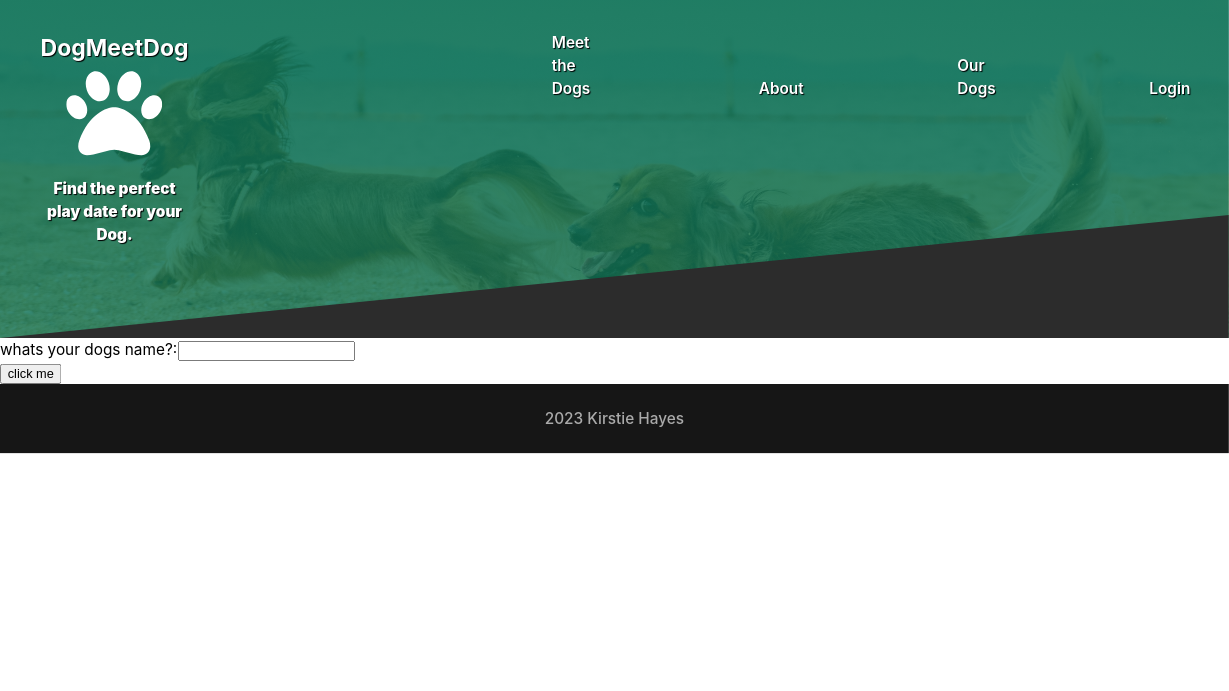
Repository: epixieme/dogmeetdog
Page: /questions (app in client/)
An editor plug-in stored every save of this project. The page is shown before and after the next save, followed by the edit.
The browser window is 1280 px wide. The pictures show the whole page, at 96% of full size.
Some web libraries are served in a nearby version. The project was rebuilt for these pictures with package versions that can differ from the ones it lists, and the page was loaded fresh each time. Also part of the build but not shown: client/vite.config.ts, client/src/components/Shared/Headers/Dashboard-Header/dashboardHeader.css, client/src/components/Shared/Headers/Dashboard-Header/DashboardHeader.tsx, client/src/components/Layouts/Login_Layout.tsx, client/src/pages/LoggedOut/Home.tsx, client/src/components/Shared/ErrorMessage/ErrorMessage.tsx, client/src/components/Shared/Loader/Loader.tsx, client/src/pages/LoggedOut/About/About.tsx and 10 more.

Above is the page before, as saved 2024-01-22 18:11:24.

### client/index.html
<!DOCTYPE html>
<html lang="en">
  <head>
    <meta charset="UTF-8" />
    <link rel="icon" type="image/svg+xml" href="/vite.svg" />
    <meta name="viewport" content="width=device-width, initial-scale=1.0" />
    <script src="https://kit.fontawesome.com/b189f585cc.js" crossorigin="anonymous"></script>
    <title>Vite + React</title>
  </head>
  <body>
    <div id="root"></div>
    <script type="module" src="src/main.tsx"></script>
  </body>
</html>

### client/src/main.tsx
import ReactDOM from "react-dom/client";
import App from "./App";
import "./index.css";
import { ApolloClient, InMemoryCache, gql, ApolloProvider,} from '@apollo/client'
import React from "react";

const client = new ApolloClient({
  uri: 'http://localhost:4000',
  cache: new InMemoryCache(),
})

ReactDOM.createRoot(document.getElementById("root") as Element).render(

<ApolloProvider client={client}>
    <App />
</ApolloProvider>

);

### client/src/App.tsx
import { RouterProvider } from "react-router-dom";
import router from "./routes/router";


function App() {
  return <RouterProvider router={router} />
}

export default App;

### client/src/index.css
:root {
  font-family: Inter, system-ui, Avenir, Helvetica, Arial, sans-serif;
  line-height: 1.5;
  font-weight: 400;
}

html {
  font-size: 100%;
}

body {
  margin: 0;
  padding: 0;
  box-sizing: border-box;
  min-height: 100vh;
  background:white
}

a {
  text-decoration: unset;
  color: unset;
}

body::-webkit-scrollbar {
  display: none;
}

body {
  -ms-overflow-style: none;
  scrollbar-width: none;
}

.invisible{
  visibility: hidden;
}

.visible{
  visibility: visible;
}
.hidden {
  display: none;
}

/*** loading spinner ***/


@keyframes grow {
  0%{
    transform: scale(1);
  }
  20%{
    transform: scale(1.3);
  }
  40%{
    transform: scale(1.5);
  }
  60%{
    transform: scale(1.4);
  }
  80%{
    transform: scale(1.3);
  }
  100%{
    transform: scale(1);
  }
}

@keyframes fade {
  0%{
    color:#868282
  }
  50%{
    color:white
  }
  100%{
    color:#868282
  }

}

.loader{
  width: 100vw;
  height: 50vh;
  display: flex;
  align-items: center;
  justify-content: center;
  gap:20px;
  color:white;
  background: #2C2C2C;

}

.loader h2{
  animation:fade 5s linear infinite;
}
.one,.two,.three{
  background: #868282;
  height:10px;
  width:10px;
  border-radius: 50%;
  animation:grow 3s linear infinite;

}

@keyframes spinner {
  0% {
    transform: rotate(0deg);
  }

  100% {
    transform: rotate(360deg);
  }
}

.loading-spinner {
  display: flex;
  align-items: center;
  justify-content: center;
  padding: 20px;
  width: 50px;
  height: 50px;
  border: 10px solid #293264;
  border-top: 10px solid #3b673a;
  border-radius: 50%;
  animation: spinner 5s linear infinite;
  color:white
}

.spinner-container {
  display: grid;
  justify-content: center;
  align-items: flex-start;
  height: 100vh;
  background: #2C2C2C;
}
/*** layout ***/

.layout-wrapper {
  min-height: 70vh;
  display: flex;
  flex-direction: column;

}

/*** navigation menu ***/

.nav-menu-container {
  display: flex;
  align-items: flex-start;
  padding: 2rem 2.5rem;
  background: #2C2C2C;
  height: 5vh;
  font-size: 1rem;
  gap: 1rem;
  color: white;
  position: relative;
  height: 40vh;
  background: linear-gradient(0deg, rgba(15,115,85,0.8), rgba(15,115,85,0.9)),
  url("./assets/images/nav-background-img.jpg") no-repeat center center;
  background-size: 100%;
  background-position: cover;


}


.nav-menu-container > svg {
  position: absolute;
  bottom: 0;
  left:0;
  width: 100%;
  height: 10vw;

  /* set height to pixels if you want angle to change with screen width */
}
.nav-menu-container .logo {
  color: white;
  font-weight: 900;
  font-size: 1rem;
  text-shadow:1px 1px 2px pink;
}

.nav-links-container {
  /* padding-top: 1rem; */

  display: flex;
  justify-content: flex-end;
  align-items: flex-end;
  gap: 2.5em;

}

.nav-links-container a {
  text-decoration: none;
  font-weight: 600;
  font-size: 10px;
  color:white;

}

.nav-links-container a:hover {
  color:white;
  text-decoration: underline;
}

/*** home page ***/

.home-container {

  color: white;

padding: 20px 10px;
  /* display: flex;
    justify-content: flex-start;
    flex-direction: column;
    align-items: center; */
    background-image: url(./assets/images/dogs-hero-image.png);
    background-repeat: no-repeat;
    background-size: auto auto;

    background-position: center center;
    background-color: #2C2C2C;
    height: 100vh;
    margin:0
  /* background-color: rgba(15,115,85,0.4); */

}


.home-container h1 {

  font-weight: 700;
  font-size: 2.25rem;
  line-height: 42px;
}

.home-container p {
  line-height: 24px;
}

.home-container .btnLink button{
  color:white;
  display: inline-block;
  text-align: center;
  background-color: #e71a88;
  border: 2px solid white;
  box-shadow:0 0 0 0px white, 0 0 0 2px #F26700;
  width: 100%;
  margin-top: 27px;
  padding-block: 0.75rem;
  padding-inline: 3rem;
  font-weight: 700;
  border-radius: 5px;
  cursor: pointer;
  transition: transform 0.1s ease-in-out;
  box-shadow: 0 3px 10px rgb(0 0 0 / 0.2);
  transition: 0.3s;
}

.home-container button:hover {
  background-color: #0F7355;
  box-shadow: 0 3px 10px rgb(0 0 0 / 0.6);
}

.home-container a {
  color: white;
  text-decoration: none;
}

.home-container a:hover {
  transform: translate(1px, 1px);
}

.carousel-container {
  padding-block: 30px;
  width: 100%;
  display: flex;
  flex-direction: column;
  align-items: center;
}

.carousel-container img {
  box-shadow: 2px 2px 6px 0px rgba(0, 0, 0, 0.3);
  width: 20rem;
  height: 20rem;
  border-radius: 20px;
  object-fit: cover;
  object-position: bottom;
}


.carousel-container-elements {
  display: grid;
  grid-template-columns: 1fr;
  grid-gap: 20px;
  align-items: stretch;
  text-align: center;
  padding-inline: 20px;
}

.carousel-container-elements {
  font-weight: 600;
}

.carousel-buttons {
  display: flex;
  padding-top: 30px;
  gap: 2em
}

/* all buttons inside of carousel */

.carousel-buttons button {
  display: inline-block;
  text-align: center;
  background-color: #3B673A;
  border: none;
  width: 130px;
  margin-top: 27px;
  padding-block: 0.75rem;
  padding-inline: 1rem;
  font-weight: 700;
  border-radius: 5px;
  cursor: pointer;
  transition: transform 0.1s ease-in-out;
  box-shadow: 0 3px 10px rgb(0 0 0 / 0.2);
  color: white;
  transition: 0.3s;

}

.carousel-buttons button:hover {
  background-color: #244323;
  box-shadow: 0 3px 10px rgb(0 0 0 / 0.6);

}

/* animations */
.carousel-fade-in {
  animation: carousel-fade-in 2s;
  opacity: 1;
}

@keyframes carousel-fade-in {
  from {
    opacity: 0;
  }
}

/*** About Page ***/
.about-hero-img {
  margin-top:40px;
  max-width: 90%;
  border-radius: 20px;
}
.about-container{
  background-color: #2C2C2C;

}
.about-content {
  padding-inline: 23px;
  color: white;
  margin-bottom: 55px;

}

.about-content h1 {
  line-height: 38px;
}

.about-content p {
  line-height: 22px;
}

.about-call-to-action {
  background-color: #C3CA95;
  border: 4px solid #3A673A;
  color: white;
  padding-inline: 32px;
  padding-bottom: 32px;
  margin-inline: 27px;
  border-radius: 5px;
  box-shadow: 0 3px 10px rgb(0 0 0 / 0.2);
}

.about-call-to-action h2 {
  margin: 0;
  padding-block: 37px;
  font-weight: 1.5rem;
}

.about-call-to-action .btnLink button{
  color:white;
  display: inline-block;
  text-align: center;
  background-color: #3B673A;
  border: none;
  width: 100%;
  margin-top: 27px;
  padding-block: 0.75rem;
  padding-inline: 3rem;
  font-weight: 700;
  border-radius: 5px;
  cursor: pointer;
  transition: transform 0.1s ease-in-out;
  box-shadow: 0 3px 10px rgb(0 0 0 / 0.2);
  transition: 0.3s;
}


.about-call-to-action button:hover {
  background-color: #244323;
  box-shadow: 0 3px 10px rgb(0 0 0 / 0.6);

}

.footer-container {
  background-color: #161616;
  color: #aaaaaa;
  height: 10vh;
  display: flex;
  flex-shrink: 0;
  justify-content: center;
  align-items: center;
  font-weight: 500;
  margin:0
}


/*** Dogs page ***/
.dogs-container{
  background-color: #2C2C2C;
  color:white
}
.dog-list-container {
  padding-inline: 23px
}

.dog-list {
  display: grid;
  grid-template-columns: 1fr;
  justify-items: center;
  gap: 34px;
  padding: 20px;

}

.dog-list-container button {
  margin-right: 20px;
  cursor: pointer;
}


.dog-card {
  margin-bottom: 30px
}

.dog-card a {
  color:white;
  text-decoration: none;
}

.dog-card img {
  max-width: 100%;
  border-radius: 5px;
  width: 20rem;
  height: 20rem;
  object-fit: cover;
}


.dog-likes {
  display: flex;
  align-items: center;
  height: 34px;
  padding: 6px 26px;
  font-style: normal;
  font-weight: 500;
  border: none;
  border-radius: 5px;
  background-color: #115E59;
  color: white
}

.dog-likes:hover {
  color: #FFEAD0;
}

.dog-likes:focus {
  outline: none;
}



/* .dog-condition.juicy-bones {
  background-color: #dd542b;
} */





.dog-condition.top-notch {
  background-color: #161616;
}

.dog-condition.clear-filters {
  margin-left: -20px;
  height: 34px;
  padding: 6px 26px;
  font-style: normal;
  font-weight: 500;
  border: none;
  border-radius: 5px;
  text-decoration: underline;
  background-color: transparent;
  color: #4D4D4D;
}

.not-found-container {

  display: flex;
  flex-direction: column;
  align-items: center;
  padding-inline: 23px;
  text-align: center;

}

.not-found-container>h1 {
  font-size: 1rem;
}

.not-found-container .link-button {
  display: inline-block;
  text-align: center;
  background-color: #3B673A;
  border: none;
  width: 50%;
  margin-top: 27px;
  padding-block: 0.75rem;
  font-weight: 700;
  border-radius: 5px;
  cursor: pointer;
  transition: transform 0.1s ease-in-out;
  box-shadow: 0 3px 10px rgb(0 0 0 / 0.2);
  color: white
}

.footer-container{
  background-color: #161616;
  color: #aaaaaa;
  height: 10vh;
  display: flex;
  flex-shrink: 0;
  justify-content: center;
  align-items: center;
  font-weight: 500;
  margin:0
}

.dog-detail-container{
  display: flex;
  justify-content: center;
  background-color: #2C2C2C;



  }
.dog-detail{
  margin-top:40px;
  display: flex;
  flex-direction: column;
  justify-content: center;
  align-items: center;
  width:400px;
  color: white;
}


.dog-detail-container img{
  border-radius: 20px;
  object-fit: cover;
  width:400px;
  border:white 2px solid

}

@media screen and (min-width: 800px) {
  .nav-menu-container .logo > h1 {
    font-size: 1.5rem;
    margin:0;
    text-shadow: 1px 1px 1px #000;
  }

  .logo > p {

    font-size: 1rem;
    text-shadow: 1px 1px 1px #000;
  }
  .logo svg {
    height:100px;
    fill:white;

  }

  .logo{
    display: flex;
    flex-direction: column;
    align-items: center;
    justify-content: flex-end;
    margin-right: 30%;
    width:15%;
    text-align: center;
  }

  .nav-links-container a {
    font-size: 1rem;
    text-shadow: 1px 1px 1px #000;
  }

  .nav-menu-container {
    /* justify-content: space-between;
    padding: 20px 50px; */
  }

  .nav-links-container {
    display: flex;
    gap: 10em;

  }


  .home-container {
    display: flex;
    justify-content: flex-end;
    flex-direction: column;
    align-items: center;
    background-image: url(./assets/images/dogs-hero-background.png);
    background-repeat: no-repeat;
    background-position: top;
    background-size: stretch;
    background-color: #2C2C2C;
    height: 70vh;
    margin:0

  }

  .home-container .btnLink{
    width: 25%
  }

  .carousel-container-elements {
    grid-template-columns: repeat(3, 1fr);
  }

  .carousel-container img {
    width: 25rem;
    height: 25rem;
  }

  .carousel-container{
    background: transparent;
  }

  .carousel-buttons button {
    width:200px
  }

  .about-container {
    display: flex;
    flex-direction: column;
    justify-content: center;
    align-items: center;
  }

  .about-content {
    display: flex;
    flex-direction: column;

  }

  .about-content h1 {
    font-size: 1.5rem;
  }

  .about-call-to-action button {
    width: 20%
  }

  .about-call-to-action {
    display: flex;
    flex-direction: column;
    align-items: center;
    width: 50%;

  }

  .dog-condition {
    display: flex;
    align-items: center;
  }

  .dog-card-container {
    display: grid;
    grid-template-columns: repeat(4, 1fr);
    justify-content: center;
    gap: 20px;
    padding-inline: 20px;
  }

  .dog-card {
    display: flex;
    flex-direction: column;
    align-items: flex-start;
    justify-content: center;
    padding-bottom: 20px;
  }

  .search-bar{
    display:flex
  }

}

### client/src/routes/router.tsx
import {
  createBrowserRouter,
  createRoutesFromElements,
  Route,
} from "react-router-dom";

import Main_Layout from "../components/Layouts/Main_Layout";
import Login_Layout from "../components/Layouts/Login_Layout";
import Home from "../pages/LoggedOut/Home";
import About from "../pages/LoggedOut/About/About";
import DisplayDogs from "../pages/LoggedOut/Dogs/DisplayDogs";
import NotFound from "../pages/Shared/NotFound";
// import DogDetails from "../pages/LoggedOut/Dogs/DogDetails";
import Dashboard from "../pages/LoggedIn/Dashboard";
import Reviews from "../pages/LoggedIn/Reviews";
import Question from "../pages/SignUp/Question";
import Login from "../pages/Login/Login";
import QuestionPage from "../pages/SignUp/QuestionPage";



//nested routes
const router = createBrowserRouter(
  createRoutesFromElements(
    <Route path="/" element={<Main_Layout />}>
      <Route index element={<Home />} />
      <Route path="dogs" element={<DisplayDogs /> } />
      <Route path="about" element={<About />} />
      <Route path="questions" element={<QuestionPage />} />
      <Route path="login"element={<Login />}/>
      {/* <Route path="dogs/:id" element={<DogDetails />} /> */}
      <Route path="meetdogs" element={<Login_Layout />}>
        <Route index element={<Dashboard />} />
        <Route path="reviews" element={<Reviews />} />
      </Route>
      <Route path="*" element={<NotFound />} />
    </Route>
  )
);

export default router;

### client/src/components/Layouts/Main_Layout.tsx
import Footer from "../shared/Footer/Footer"
import Header from "../shared/Headers/Main-Header/Header";
import { Outlet } from "react-router-dom";

export default function Main_Layout() {
  return (
    <>
      <Header />
      <main className="">
        <Outlet />
      </main>
      <Footer />
    </>
  );
}

### client/src/pages/SignUp/QuestionPage.tsx
import { Question } from "@/components/features"
import { Button } from "@/components/shared"
import { useState } from "react"
import './signUp.css'

export default function Questions(){

const questionText =['whats your dogs name?', 'whats your dogs Breed?', 'where do you live?','whats your dogs age?', 'whats your dogs personality?' ]
const questionText2 =['Now Tell me about your owner(s)', 'names', 'hobbies' ]

    const [currentScreen, setCurrentScreen] = useState(0)
    function nextScreen() {
        if (currentScreen < 3) {
          setCurrentScreen(currentScreen + 1);
        }
      }

      function previousScreen() {
        if (currentScreen > 0) {
          setCurrentScreen(currentScreen - 1);
        }
      }


    return (
        <div className='questionText'>
        <Question questionText={questionText[currentScreen]} />
        <Button btnText={"click me"} onClick={nextScreen}/>
        </div>
    )
}

### client/src/components/Shared/Footer/Footer.tsx
export default function Footer() {
  return (
    <footer className="footer-container">
      <p>2023 Kirstie Hayes</p>
    </footer>
  );
}

### client/src/components/Shared/Headers/Main-Header/Header.tsx
import { Link, NavLink } from "react-router-dom";
// @ts-ignore
import useWindowWidth  from '../../../../hooks/useWindowWidth'

export default function Header() {
  const activeStyles = {
    textDecoration: "underline",
    color: "white",
  };

  const inactiveStyles = {
    color: "white",
  };

  const screenWidth = useWindowWidth()

  return (
    <header className="nav-menu-container">
      <svg
        xmlns="http://www.w3.org/2000/svg"
        viewBox="0 0 100 100"
        preserveAspectRatio="none"
      >
        <polygon fill="#2C2C2C" points="0,100 100,0 100,100" />
      </svg>

      <Link className="logo" to="/">
        <h1>DogMeetDog</h1>
        <svg
          xmlns="http://www.w3.org/2000/svg"
          height="1em"
          viewBox="0 0 512 512"
        >
          <path d="M226.5 92.9c14.3 42.9-.3 86.2-32.6 96.8s-70.1-15.6-84.4-58.5s.3-86.2 32.6-96.8s70.1 15.6 84.4 58.5zM100.4 198.6c18.9 32.4 14.3 70.1-10.2 84.1s-59.7-.9-78.5-33.3S-2.7 179.3 21.8 165.3s59.7 .9 78.5 33.3zM69.2 401.2C121.6 259.9 214.7 224 256 224s134.4 35.9 186.8 177.2c3.6 9.7 5.2 20.1 5.2 30.5v1.6c0 25.8-20.9 46.7-46.7 46.7c-11.5 0-22.9-1.4-34-4.2l-88-22c-15.3-3.8-31.3-3.8-46.6 0l-88 22c-11.1 2.8-22.5 4.2-34 4.2C84.9 480 64 459.1 64 433.3v-1.6c0-10.4 1.6-20.8 5.2-30.5zM421.8 282.7c-24.5-14-29.1-51.7-10.2-84.1s54-47.3 78.5-33.3s29.1 51.7 10.2 84.1s-54 47.3-78.5 33.3zM310.1 189.7c-32.3-10.6-46.9-53.9-32.6-96.8s52.1-69.1 84.4-58.5s46.9 53.9 32.6 96.8s-52.1 69.1-84.4 58.5z" />
        </svg>
        <p>Find the perfect play date for your Dog.</p>
      </Link>

      <nav className={// @ts-ignore
      screenWidth > 800 ? "nav-links-container" : "hidden"}>
      <NavLink
          to="/meetdogs"
          style={({ isActive }) => (isActive ? activeStyles : inactiveStyles)}
        >
          Meet the Dogs
        </NavLink>
        <NavLink
          to="/about"
          style={({ isActive }) => (isActive ? activeStyles : inactiveStyles)}
        >
          About
        </NavLink>
        <NavLink
          to="/dogs"
          style={({ isActive }) => (isActive ? activeStyles : inactiveStyles)}
        >
          Our Dogs
        </NavLink>
        <NavLink
          to="/login"
          style={({ isActive }) => (isActive ? activeStyles : inactiveStyles)}
        >
          Login
        </NavLink>
      </nav>
    </header>
  );
}

### client/src/components/Shared/Button/Button.tsx
import React from "react";
import { Link } from "react-router-dom";


interface buttonProps {
  btnText:string,
  route?:any,
  onClick?: () => void,
}


export default function Button({ btnText, route, onClick }: buttonProps){
  return (
    <Link to={route} onClick={onClick} className="btnLink">
      <button> {btnText}</button>
    </Link>
  );
}

### client/src/components/Shared/index.ts
export { default as Button } from './Button/Button'
export { default as ErrorMessage } from './ErrorMessage/ErrorMessage'
export { default as Footer } from './Footer/Footer'
export { default as Header } from './Headers/Main-Header/Header'
export { default as DashboardHeader} from './Headers/Dashboard-Header/DashboardHeader'
export { default as Loader } from './Loader/Loader'

### client/src/components/Features/index.ts
export {default as DogCardList } from './DogCardList/DogCardList'
export {default as DogInformationCard}  from  './DogInformationCard/DogInformationCard'
export {default as Question }  from  './Question'

### client/src/pages/SignUp/signUp.css
.questionText{
    width:100vw
}

### client/src/hooks/useWindowWidth.jsx
import { useState, useEffect } from "react";

const useWindowWidth = () => {
  const [windowWidth, setWindowWidth] = useState(window.innerWidth);
  console.log(windowWidth)

  const updateWindowWidth = () => {
    setWindowWidth(window.innerWidth);

  };
  useEffect(() => {
    window.addEventListener("resize", updateWindowWidth);

    return () => window.removeEventListener("resize", updateWindowWidth);
  }, []);

  return windowWidth;
};

export default useWindowWidth;

### client/src/components/Features/Question.tsx

interface Props {
  questionText: string;

}

export default function Question({ questionText }: Props) {
  return (
    <form action="" className="question1-container">
      <label>{questionText}:</label>
      <input type="text"></input>


    </form>
  );
}

After the next save:
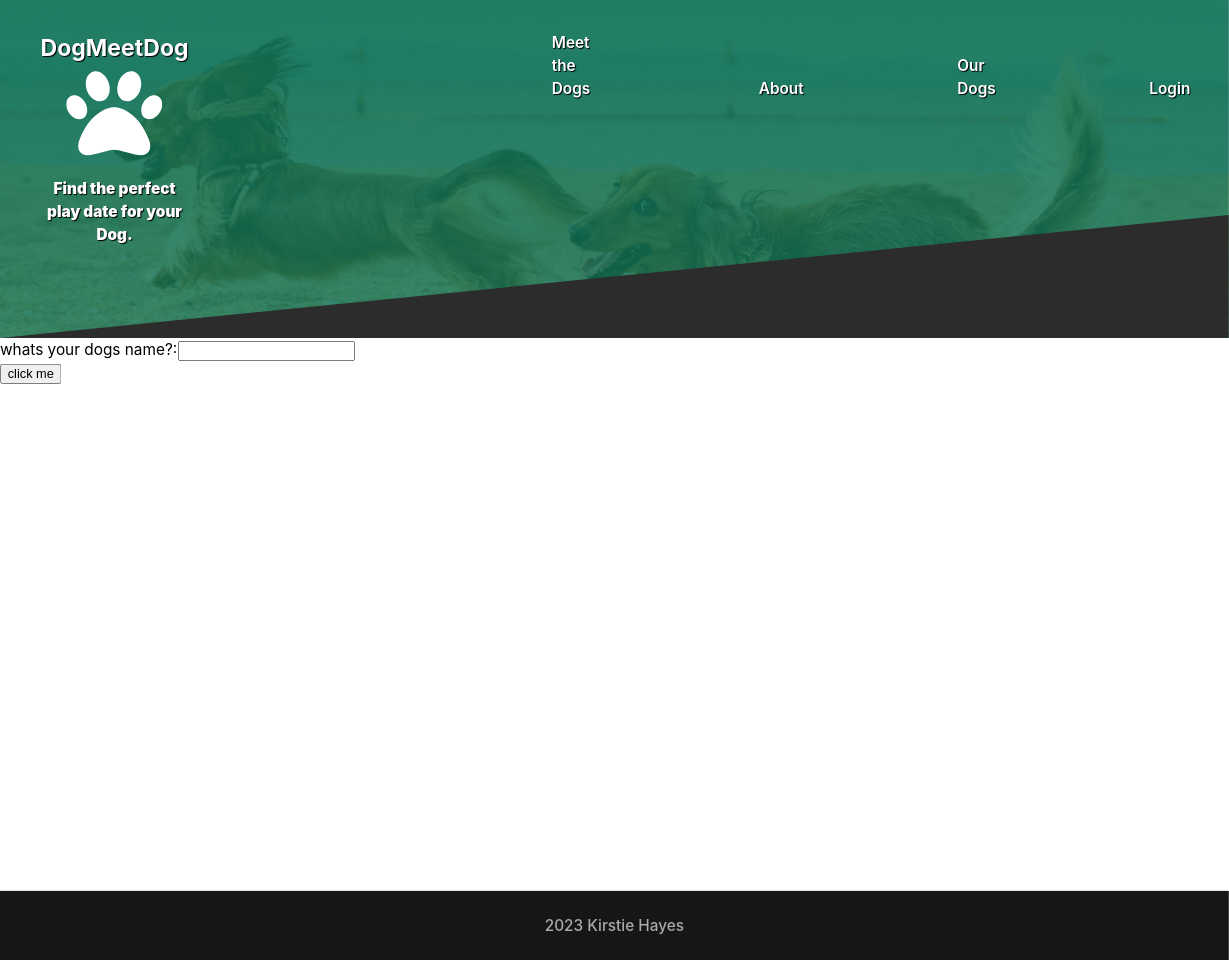
Saved 12 s later.
--- a/client/src/pages/SignUp/signUp.css
+++ b/client/src/pages/SignUp/signUp.css
@@ -1,3 +1,4 @@
 .questionText{
-    width:100vw
+    width:100vw;
+    height:80vh
 }
